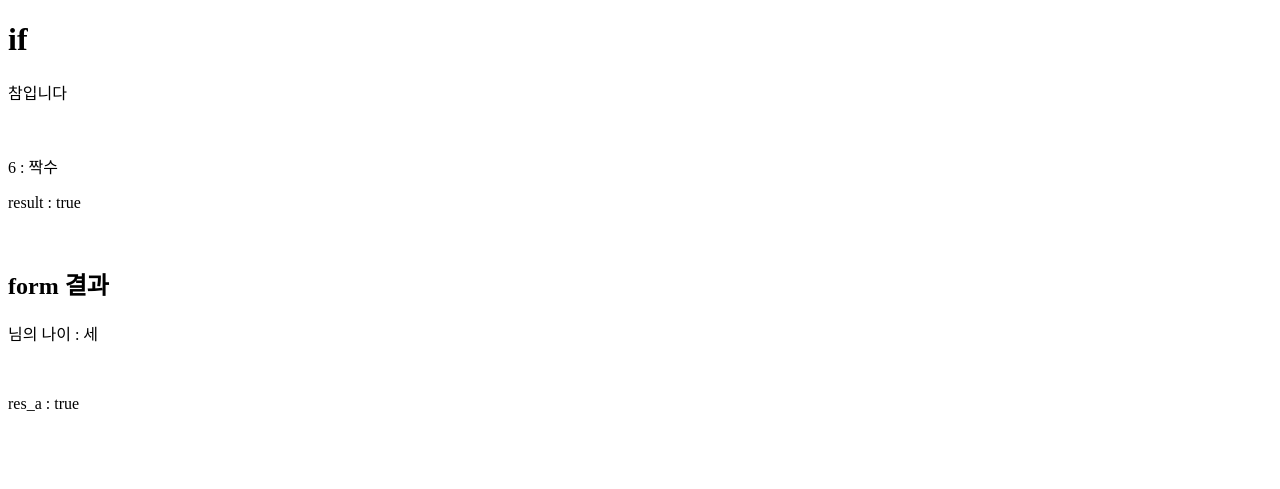
Repository: Jh1227/JSP
Page: http://localhost/13_JSTL/ex04_if.jsp
These files come from the project's save history. The page is drawn as it stood at one moment and after the next save; the edit follows.
The browser window is 1280 px wide. The pictures show the whole page.
The page is served by Tomcat 9.

Above is the page before, as saved 2023-04-11 00:54:32.

After the next save:
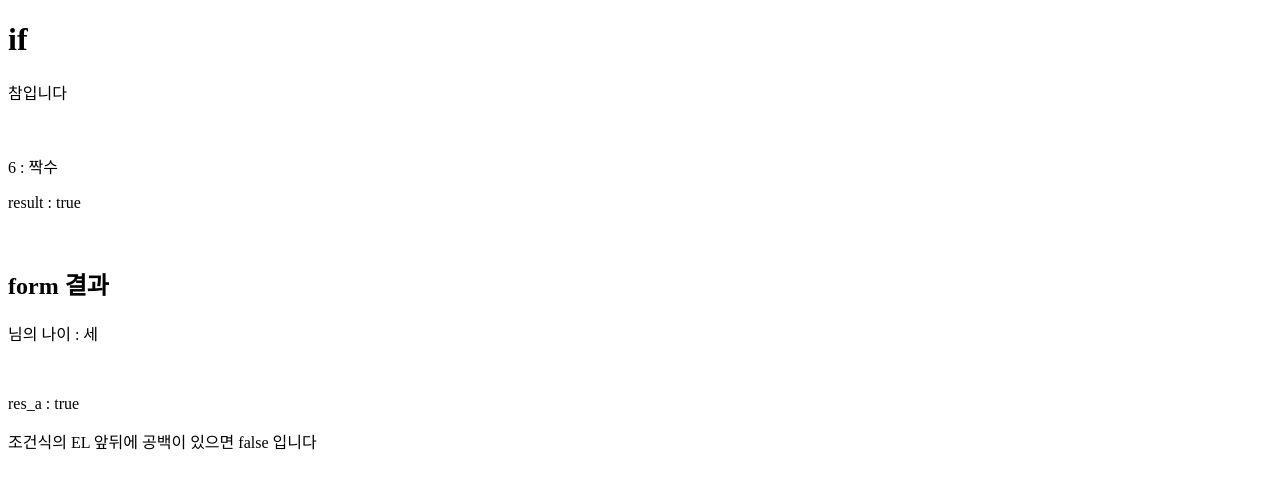
Saved 2 min 13 s later.
--- a/13_JSTL/src/main/webapp/ex04_if.jsp
+++ b/13_JSTL/src/main/webapp/ex04_if.jsp
@@ -47,6 +47,7 @@
 
 	<c:if test ="${true }" var ="res_a"/>
 	<p>res_a : ${res_a }</p>
+	<p>조건식의 EL 앞뒤에 공백이 있으면 false 입니다</p>
 	<br>
 
 </body>
